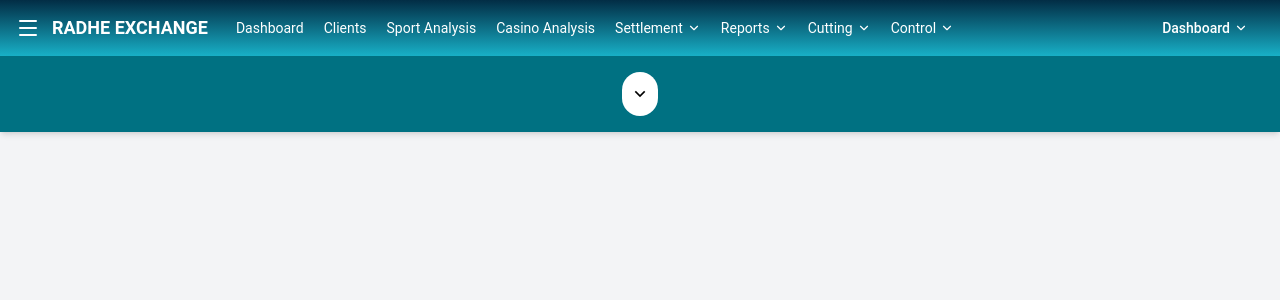
Repository: Habeebur1493/Radhe-Exchange
Page: /dashboard (app in frontend/)
The author's editor kept a copy of each file at every save. The page is drawn from the files as they stood at one save, then again after the next save.
The browser window is 1280 px wide. The pictures show the whole page.
Some web libraries are served in a nearby version. The project was rebuilt for these pictures with package versions that can differ from the ones it lists, and the page was loaded fresh each time. Also part of the build but not shown: frontend/vite.config.js, frontend/src/components/login.jsx, frontend/src/components/Register.jsx.

Above is the page before, as saved 2025-03-04 10:40:00.

### frontend/index.html
<!doctype html>
<html lang="en">
  <head>
    <meta charset="UTF-8" />
    <meta name="viewport" content="width=device-width, initial-scale=1.0" />
    <link
    href="https://cdn.jsdelivr.net/npm/remixicon@4.5.0/fonts/remixicon.css"
    rel="stylesheet"
/>
    <title>Radheexch | Admin</title>

  </head>
  <body>
    <div id="root"></div>
    <script type="module" src="/src/main.jsx"></script>
  </body>
</html>

### frontend/src/App.jsx
import React from "react";
import "./App.css";
import { Navigate, Routes, Route } from "react-router-dom";
import Login from "./components/login";
import Register from "./components/Register";
import Dashboard from "./components/dashboard";

const App = () => {
  return (
    <div>
      <Routes>
        <Route path="/" element={<Navigate to="/login" />} />
        <Route path="/login" element={<Login />} />
        <Route path="/register" element={<Register />} />
        <Route path="/dashboard" element={<Dashboard />} />
      </Routes>
    </div>
  );
};

export default App;

### frontend/src/App.css
@import "tailwindcss";

@import url('https://fonts.googleapis.com/css2?family=Roboto:ital,wght@0,100..900;1,100..900&display=swap');

:root {
    --primary-background: linear-gradient(#022d45, #18b0c7);
    --secondary-background: linear-gradient(#5dcbde, #075366);
    --tertiary-background: linear-gradient(#007182, #4ab4c7);
}

.main{
    background: var(--primary-background);
    font-family: "Roboto", sans-serif;
}

.btn{
    background: var(--secondary-background);
    font-family: "Roboto", sans-serif;
}

nav{
    background: var(--primary-background);
    font-family: "Roboto", sans-serif;
    font-size: 14px;
}
.dashboard{
    font-family: "Roboto", sans-serif;
    font-size: 14px;
}

.sidebar{
    background: var(--tertiary-background);
    font-family: "Roboto", sans-serif;
    font-size: 14px;
}

### frontend/src/components/dashboard.jsx
import React, { useState } from "react";
import { Menu, ChevronDown } from "lucide-react";

const Dashboard = () => {
  const [sidebarOpen, setSidebarOpen] = useState(false);
  const [isDropdownOpen, setIsDropdownOpen] = useState(false);
  const [isOpen, setIsOpen] = useState(false);


  return (
    <div className="dashboard min-h-screen bg-gray-100 overflow-x-hidden">
      {/* Navbar */}
      <nav className="bg-[--primary-background] text-white flex items-center h-14 px-4 shadow-md">
        {/* Left Section: Logo & Menu Button */}
        <div className="flex items-center space-x-3">
          <button
            onClick={() => setSidebarOpen(!sidebarOpen)}
            className="text-white"
          >
            <Menu size={24} />
          </button>
          <h1 className="text-lg font-bold">RADHE EXCHANGE</h1>
        </div>

        {/* Navbar Links (Now Closer to H1) */}
        <div className="ml-6 flex items-center">
          <ul className="hidden md:flex space-x-3">
            {["Dashboard", "Clients", "Sport Analysis", "Casino Analysis"].map(
              (item) => (
                <li key={item}>
                  <a
                    href="#"
                    className="h-14 flex items-center px-1 hover:bg-[#18b0c7] transition-all duration-200 ease-in-out"
                  >
                    {item}
                  </a>
                </li>
              )
            )}

            {/* Dropdown Menus */}
            {["Settlement"].map((item) => (
              <li key={item} className="relative group">
                <button className="h-14 flex items-center px-1 hover:bg-[#18b0c7] transition-all duration-200 ease-in-out">
                  {item}
                  <ChevronDown size={14} className="ml-1" />
                </button>

                {/* Dropdown - Show on Hover */}
                <div className="absolute left-0 mt-0 w-40 bg-[#16a2ba] text-white opacity-0 group-hover:opacity-100 group-hover:block transition-all duration-200 ease-in-out">
                  <a
                    href="#"
                    className="block px-4 py-2 hover:bg-[#107a8d] border-b-1 border-gray-500"
                  >
                    User
                  </a>
                  <a href="#" className="block px-4 py-2 hover:bg-[#107a8d]">
                    Master
                  </a>
                </div>
              </li>
            ))}
            {/* Dropdown Menus */}
            {["Reports"].map((item) => (
              <li key={item} className="relative group">
                <button className="h-14 flex items-center px-1 hover:bg-[#18b0c7] transition-all duration-200 ease-in-out">
                  {item}
                  <ChevronDown size={14} className="ml-1" />
                </button>

                {/* Dropdown - Show on Hover */}
                <div className="absolute left-0 mt-0 w-40  bg-[#16a2ba] text-white opacity-0 group-hover:opacity-100 group-hover:block transition-all duration-200 ease-in-out">
                  <a
                    href="#"
                    className="block px-4 py-2 hover:bg-[#107a8d] border-b-1 border-gray-500"
                  >
                    User Detail
                  </a>
                  <a
                    href="#"
                    className="block px-4 py-2 hover:bg-[#107a8d] border-b-1 border-gray-500"
                  >
                    Account Satatement
                  </a>
                  <a
                    href="#"
                    className="block px-4 py-2 hover:bg-[#107a8d]  border-b-1 border-gray-500"
                  >
                    Settlement/Balance Report
                  </a>
                  <a
                    href="#"
                    className="block px-4 py-2 hover:bg-[#107a8d]  border-b-1 border-gray-500"
                  >
                    Transaction Report
                  </a>
                  <a
                    href="#"
                    className="block px-4 py-2 hover:bg-[#107a8d]  border-b-1 border-gray-500"
                  >
                    Current Bets
                  </a>
                  <a
                    href="#"
                    className="block px-4 py-2 hover:bg-[#107a8d]  border-b-1 border-gray-500"
                  >
                    Profit & Loss Report
                  </a>
                  <a
                    href="#"
                    className="block px-4 py-2 hover:bg-[#107a8d]  border-b-1 border-gray-500"
                  >
                    Event Profit & Loss Report
                  </a>
                  <a
                    href="#"
                    className="block px-4 py-2 hover:bg-[#107a8d]  border-b-1 border-gray-500"
                  >
                    Bet History
                  </a>
                  <a
                    href="#"
                    className="block px-4 py-2 hover:bg-[#107a8d]  border-b-1 border-gray-500"
                  >
                    Live Bets
                  </a>
                  <a
                    href="#"
                    className="block px-4 py-2 hover:bg-[#107a8d] border-b-1 border-gray-500"
                  >
                    Sports Revenue
                  </a>
                  <a
                    href="#"
                    className="block px-4 py-2 hover:bg-opacity-50  border-b-1 border-gray-500"
                  >
                    IP lookup
                  </a>
                </div>
              </li>
            ))}
            {/* Dropdown Menus */}
            {["Cutting"].map((item) => (
              <li key={item} className="relative group">
                <button className="h-14 flex items-center px-1 hover:bg-[#18b0c7] transition-all duration-200 ease-in-out">
                  {item}
                  <ChevronDown size={14} className="ml-1" />
                </button>

                {/* Dropdown - Show on Hover */}
                <div className="absolute left-0 mt-0 w-40  bg-[#16a2ba] text-white opacity-0 group-hover:opacity-100 group-hover:block transition-all duration-200 ease-in-out">
                  <a
                    href="#"
                    className="block px-4 py-2 hover:bg-[#107a8d]  border-b-1 border-gray-500"
                  >
                    Agent Master
                  </a>
                  <a href="#" className="block px-4 py-2 hover:bg-[#107a8d]">
                    Cutting History
                  </a>
                </div>
              </li>
            ))}
            {/* Dropdown Menus */}
            {["Control"].map((item) => (
              <li key={item} className="relative group">
                <button className="h-14 flex items-center px-1 hover:bg-[#18b0c7] transition-all duration-200 ease-in-out">
                  {item}
                  <ChevronDown size={14} className="ml-1" />
                </button>

                {/* Dropdown - Show on Hover */}
                <div className="absolute left-0 mt-1 w-40  bg-[#16a2ba] text-white opacity-0 group-hover:opacity-100 group-hover:block transition-all duration-200 ease-in-out">
                  <a
                    href="#"
                    className="block px-4 py-2 hover:bg-[#107a8d]  border-b-1 border-gray-500"
                  >
                    Game
                  </a>
                  <a href="#" className="block px-4 py-2 hover:bg-[#107a8d]">
                    Casino
                  </a>
                </div>
              </li>
            ))}
          </ul>
        </div>

        {/* Move Dashboard Dropdown to the Right */}
        <div className="ml-auto">
          <ul className="hidden md:flex text-sm font-medium">
            <li className="relative">
              <button
                onClick={() => setIsDropdownOpen(!isDropdownOpen)}
                className="flex items-center space-x-1 focus:outline-none px-4 h-14"
              >
                <span>Dashboard</span>
                <ChevronDown size={14} />
              </button>

              {/* Dropdown Menu - Shows on Click */}
              {isDropdownOpen && (
                <div className="absolute h-20 right-5 w-40 bg-white text-gray-800 shadow-md rounded-md">
                  <a href="#" className="block px-4 py-2 hover:bg-gray-200">
                    Change Password
                  </a>
                  <a href="#" className="block px-4 py-2 hover:bg-gray-200">
                    Log Out
                  </a>
                </div>
              )}
            </li>
          </ul>
        </div>
      </nav>

      {/* Header */}
      <header className="bg-[#007182] p-4 shadow-md">
      {/* Dropdown Toggle */}
      <div
        className="cursor-pointer flex items-center justify-center"
        onClick={() => setIsOpen(!isOpen)}
      >
        <i className={`ri-arrow-down-s-line text-xl bg-white rounded-full p-2 transition-transform ${isOpen ? "rotate-180" : ""}`}></i>

      </div>

      {/* Dropdown Content */}
      {isOpen && (
        <div className="bg-[#007182] text-white transition-all duration-300">
          <div className="grid grid-cols-5 gap-4 mr-4 text-gray-800">
            {[
              { label: "User ID", value: "776demo" },
              { label: "User Type", value: "Admin" },
              { label: "Given Bal", value: "1000.00" },
              { label: "Available", value: "500.00" },
              { label: "Up Line", value: "0" },
              { label: "Down Line", value: "0" },
              { label: "Current P&L", value: "0" },
              { label: "Exposure", value: "0" },
              { label: "My P&L", value: "0" },
            ].map((item, index) => (
              <div key={index} className="flex items-center justify-between">
                <label className="font-semibold">{item.label}:</label>
                <span className="ml-2">{item.value}</span>
              </div>
            ))}
          </div>
        </div>
      )}
    </header>

      {/* Sidebar */}
      {sidebarOpen && (
        <div className="sidebar bg-[--tertiary-background] shadow-lg w-60 h-full absolute top-[56px] left-0 p-2">
          <ul className="space-y-2 text-gray-800">
            {[
              "Dashboard",
              "Clients",
              "Sport Analysis",
              "Casino Analysis",
              "Settlement",
              "Reports",
              "Cutting",
              "Control",
            ].map((item) => (
              <li key={item}>
                <a
                  href="#"
                  className="block hover:bg-gray-200 p-2 rounded transition-all duration-200 ease-in-out"
                >
                  {item}
                </a>
              </li>
            ))}
          </ul>
        </div>
      )}
    </div>
  );
};

export default Dashboard;

Loaded but not shown: frontend/src/main.jsx (common file)

After the next save:
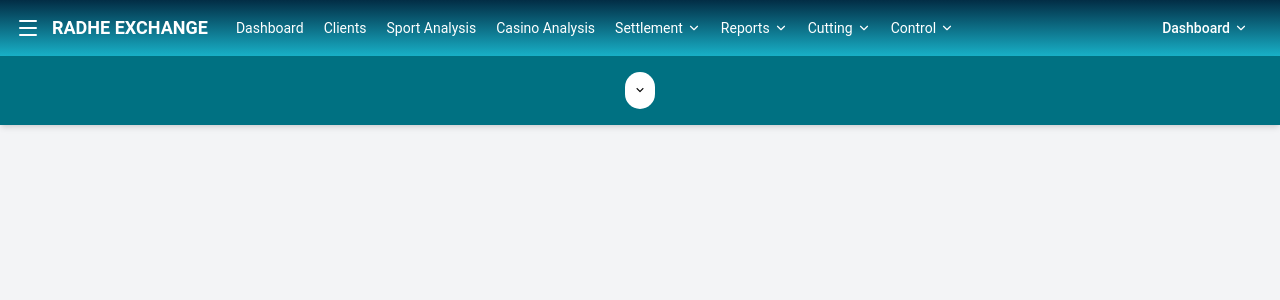
Saved 24 s later.
--- a/frontend/src/components/dashboard.jsx
+++ b/frontend/src/components/dashboard.jsx
@@ -221,7 +221,7 @@ const Dashboard = () => {
         className="cursor-pointer flex items-center justify-center"
         onClick={() => setIsOpen(!isOpen)}
       >
-        <i className={`ri-arrow-down-s-line text-xl bg-white rounded-full p-2 transition-transform ${isOpen ? "rotate-180" : ""}`}></i>
+        <i className={`ri-arrow-down-s-line bg-white rounded-full p-2 transition-transform ${isOpen ? "rotate-180" : ""}`}></i>
 
       </div>
 
